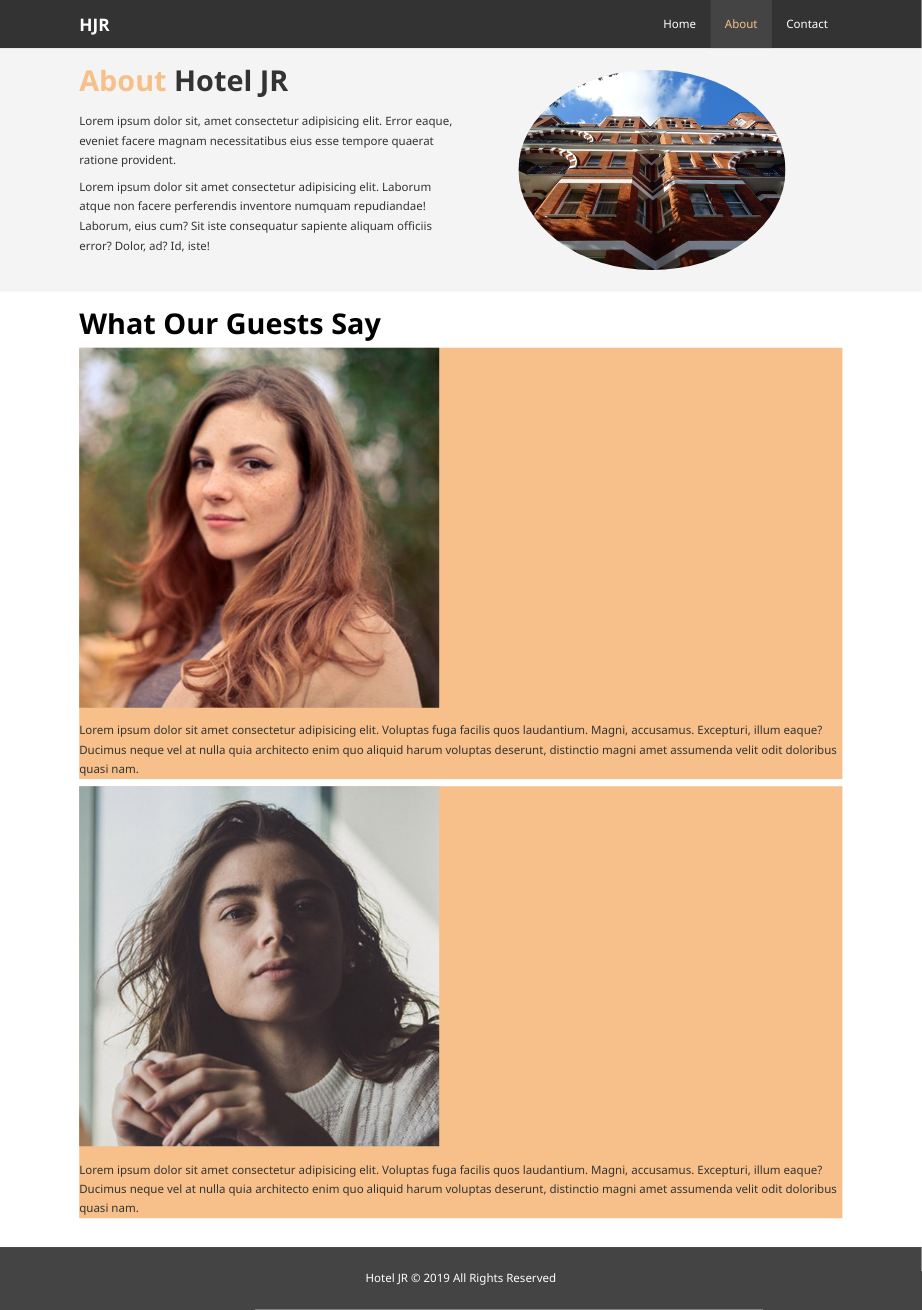
Repository: dimlutine/Hotel-Project
Page: about.html
The author's editor kept a copy of each file at every save. The page is drawn from the files as they stood at one save, then again after the next save.
The browser window is 1280 px wide. The pictures show the whole page, at 72% of full size.

Above is the page before, as saved 2019-07-05 22:54:49.

After the next save:
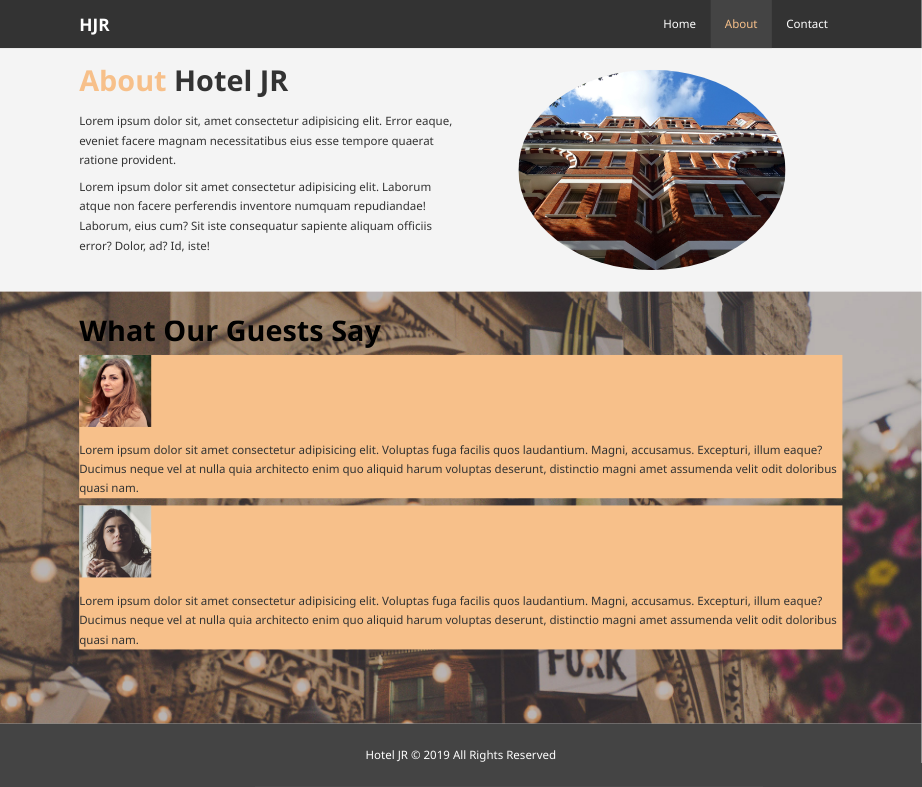
Saved 88 s later.
--- a/css/style.css
+++ b/css/style.css
@@ -225,6 +225,19 @@ p {
 }
 
 
+/* Testimonials */
+
+#testimonials {
+    height: 600px;
+    background: url('../img/test-bg.jpg') no-repeat center center/cover;
+    padding-top: 40px;
+}
+
+#testimonials .testimonial img {
+    width: 100px;
+}
+
+
 /* Footer */
 
 #main-footer {
